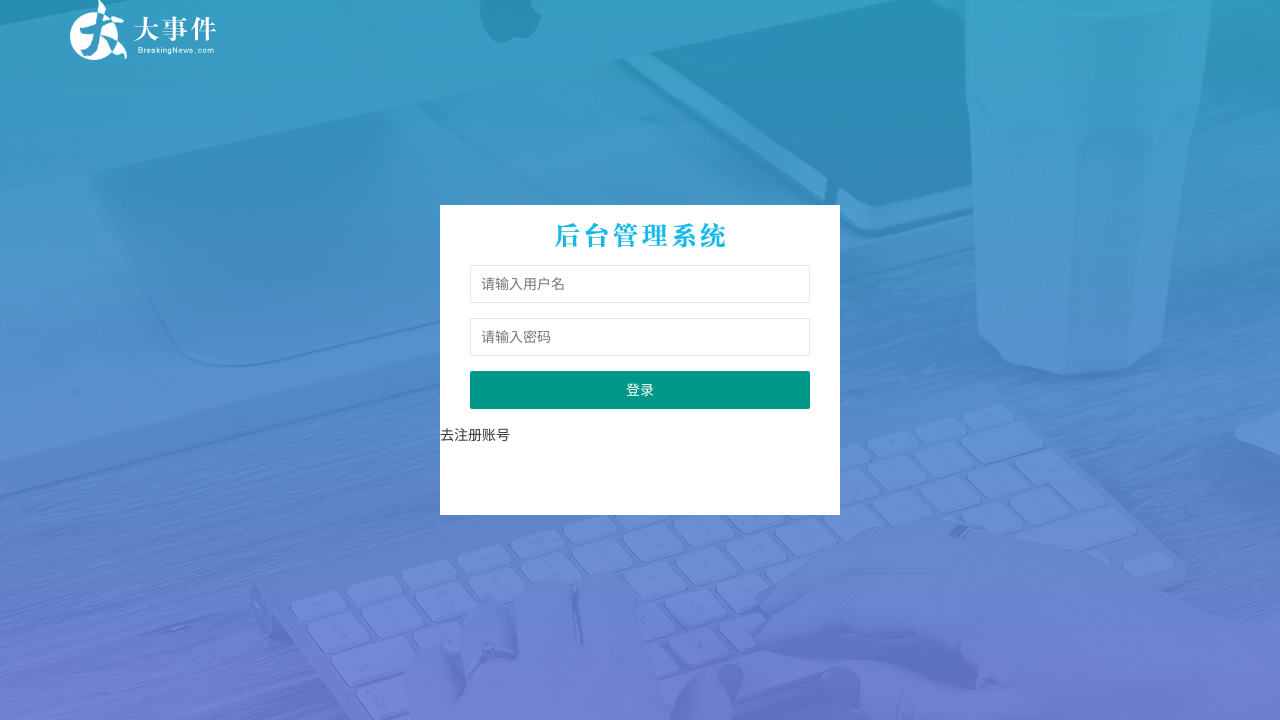
Repository: hjg520/web_bigevent
Page: login.html
These files come from the project's save history. The page is drawn as it stood at one moment and after a run of saves; the edit follows.
The browser window is 1280 px wide. The pictures show the whole page.

Above is the page before, as saved 2022-05-08 16:18:41.

After the next 3 saves:
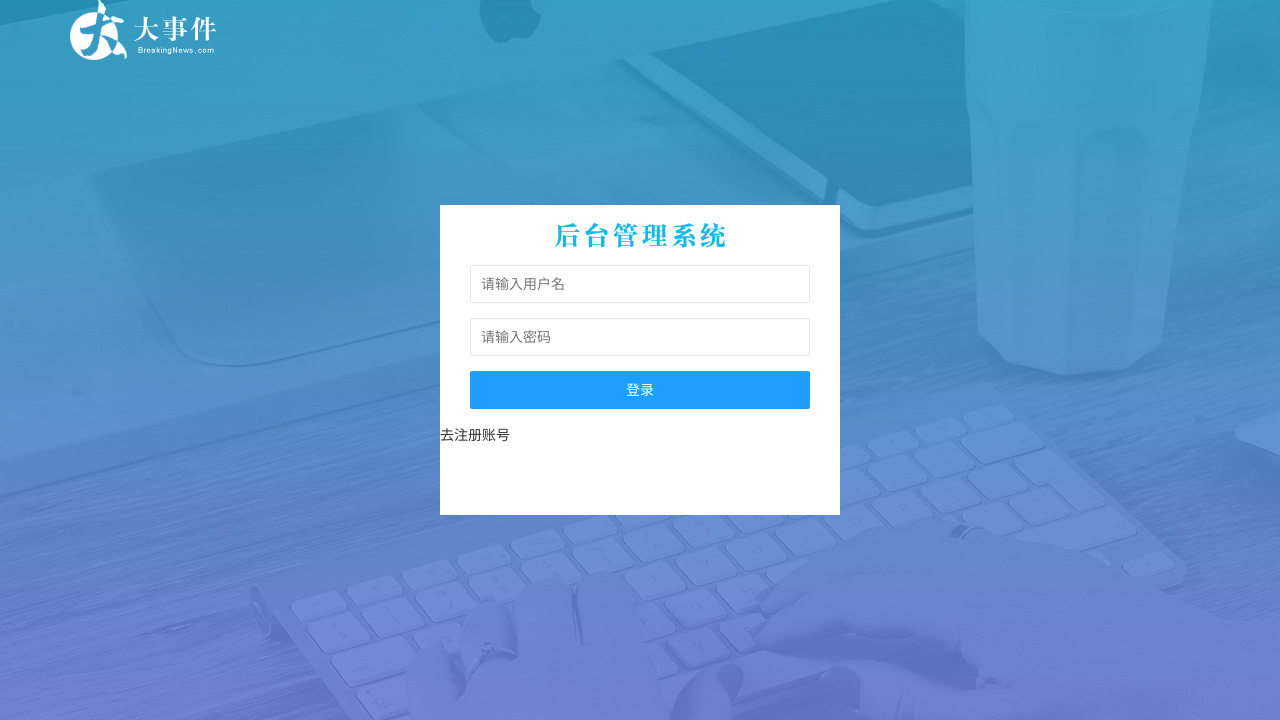
The 3 saves are shown as one change because they came seconds apart.
The last was saved 8 s later.
--- a/login.html
+++ b/login.html
@@ -34,7 +34,7 @@
                 <!-- 登录按钮 -->
                 <div class="layui-form-item">
                     <!-- 注意: 表单提交按钮和普通按钮的区别， 就是lay-submit -->
-                    <button class="layui-btn layui-btn-fluid layui-btn" lay-submit >登录</button>
+                    <button class="layui-btn layui-btn-fluid layui-btn-normal" lay-submit >登录</button>
             </div>
             </form>
             <div class="layui-form-item">
